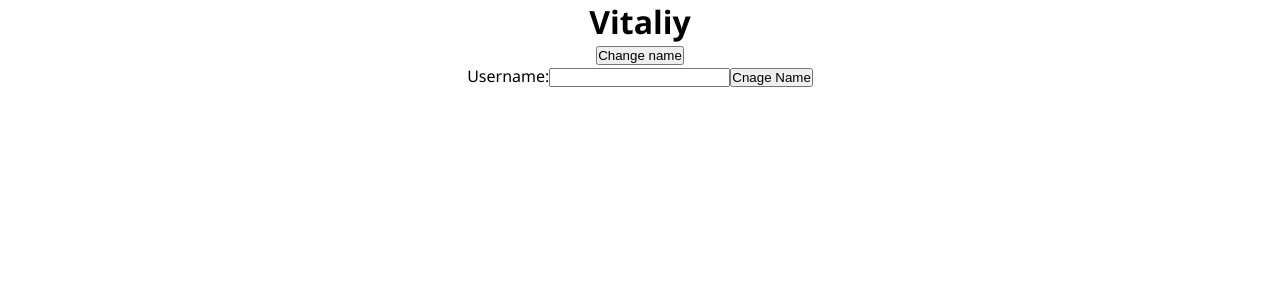
Repository: vitaliygalata1986/react
Page: / (app in project-29-context-api/)
The author's editor kept a copy of each file at every save. The page is drawn from the files as they stood at one save, then again after a run of saves.
The browser window is 1280 px wide. The pictures show the whole page.
The project was rebuilt for these pictures with package versions that can differ from the ones it lists, and the page was loaded fresh each time.

Above is the page before, as saved 2025-01-15 21:54:35.

After the next 7 saves:
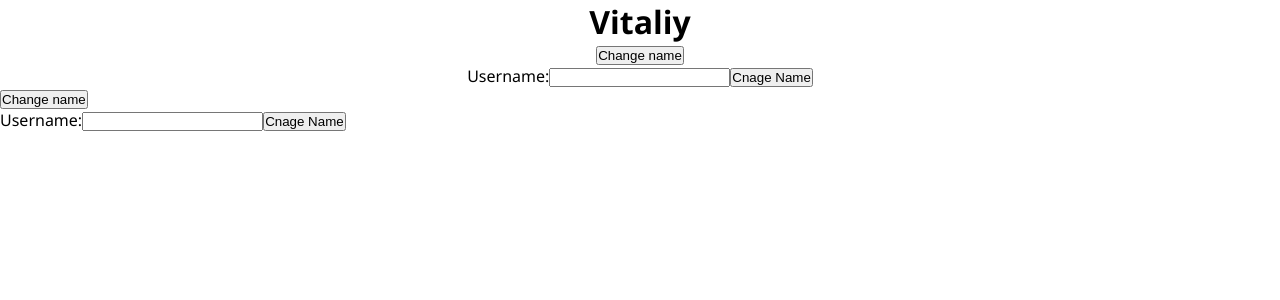
The 7 saves are shown as one change because 2 did not build or start and some came seconds apart.
The last was saved 16 h 15 min later.
--- a/project-29-context-api/src/App.js
+++ b/project-29-context-api/src/App.js
@@ -7,13 +7,18 @@
 function App() {
   const [user, setUser] = useState('Vitaliy');
   return (
-    //<UserContext.Provider value={{ user, setUser }}>
+    <>
+
     <UserContext.Provider value={{ userName: user, changeUserName: setUser }}>
       <div className="App">
         <User />
         <ChangeUser />
       </div>
     </UserContext.Provider>
+
+     <ChangeUser />
+    </>
+
   );
 }
 

After the 3 saves that followed:
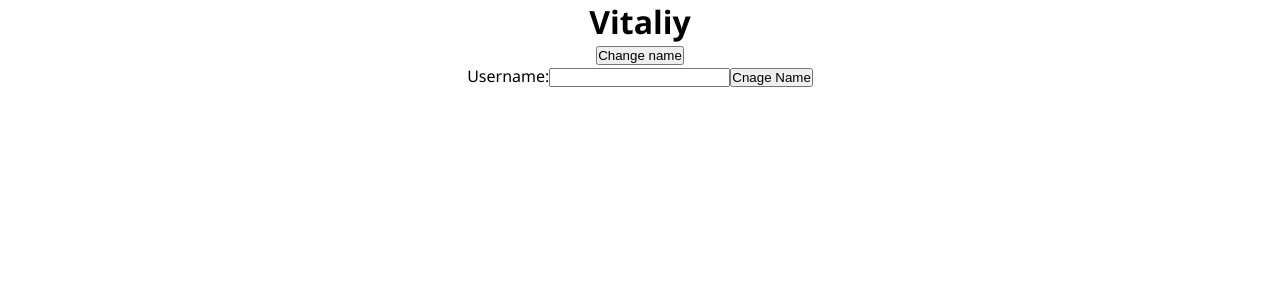
The 3 saves are shown as one change because 1 left the picture as it was and some came seconds apart.
The last was saved 21 s later.
--- a/project-29-context-api/src/App.js
+++ b/project-29-context-api/src/App.js
@@ -7,18 +7,15 @@
 function App() {
   const [user, setUser] = useState('Vitaliy');
   return (
+    //<UserContext.Provider value={{ user, setUser }}>
     <>
-
-    <UserContext.Provider value={{ userName: user, changeUserName: setUser }}>
-      <div className="App">
-        <User />
-        <ChangeUser />
-      </div>
-    </UserContext.Provider>
-
-     <ChangeUser />
+      <UserContext.Provider value={{ userName: user, changeUserName: setUser }}>
+        <div className='App'>
+          <User />
+          <ChangeUser />
+        </div>
+      </UserContext.Provider>
     </>
-
   );
 }
 
